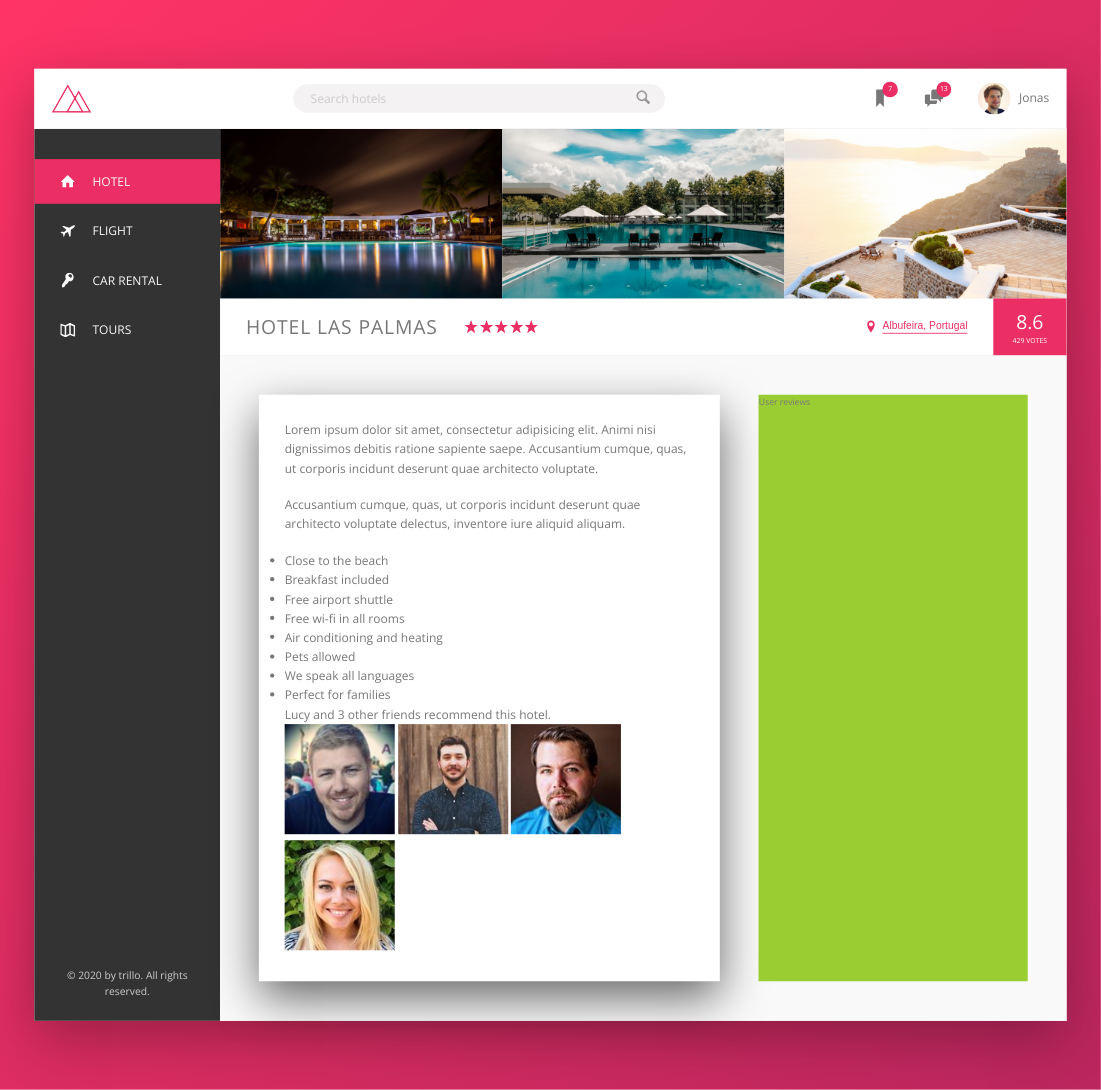
Repository: Lithium87/Trillo
Page: index.html
The author's editor kept a copy of each file at every save. The page is drawn from the files as they stood at one save, then again after the next save.
The browser window is 1280 px wide. The pictures show the whole page, at 86% of full size.
The style sheet was rebuilt from its Sass, Less or Tailwind sources for each picture, by a compiler version that may differ from the author's.

Above is the page before, as saved 2020-05-16 23:52:23.

### index.html
<!DOCTYPE html>
<html lang="en">

<head>
    <meta charset="UTF-8">
    <meta name="viewport" content="width=device-width, initial-scale=1.0">

    <link href="https://fonts.googleapis.com/css?family=Open+Sans:300,400,600" rel="stylesheet">
    <link rel="stylesheet" href="css/style.css">
    <link rel="shortcut icon" type="image/png" href="img/favicon.png">

    <title>trillo &mdash; Your all-in-one booking app</title>
</head>

<body>
    <div class="container">
        <header class="header">
            <img src="img/logo.png" alt="Trillo logo" class="logo">
            <form action="#" class="search">
                <input type="text" class="search__input" placeholder="Search hotels">
                <button class="search__button">
                    <svg class="search__icon">
                        <use xlink:href="img/sprite.svg#icon-magnifying-glass"></use>
                    </svg>
                </button>
            </form>

            <nav class="user-nav">
                <div class="user-nav__icon-box">
                    <svg class="user-nav__icon">
                        <use xlink:href="img/sprite.svg#icon-bookmark"></use>
                    </svg>
                    <span class="user-nav__notification">7</span>
                </div>
                <div class="user-nav__icon-box">
                    <svg class="user-nav__icon">
                        <use xlink:href="img/sprite.svg#icon-chat"></use>
                    </svg>
                    <span class="user-nav__notification">13</span>
                </div>
                <div class="user-nav__user">
                    <img src="img/user.jpg" alt="User photo" class="user-nav__user-photo">
                    <span class="user-nav__user-name">Jonas</span>
                </div>
            </nav>
        </header>
        <div class="content">
            <nav class="sidebar">
                <ul class="side-nav">
                    <li class="side-nav__item side-nav__item--active">
                        <a href="#" class="side-nav__link">
                            <svg class="side-nav__icon">
                                <use xlink:href="img/stripe.svg#icon-home"></use>
                            </svg>
                            <span>Hotel</span>
                        </a>
                    </li>
                    <li class="side-nav__item">
                        <a href="#" class="side-nav__link">
                            <svg class="side-nav__icon">
                                <use xlink:href="img/stripe.svg#icon-aircraft"></use>
                            </svg>
                            <span>Flight</span>
                        </a>
                    </li>
                    <li class="side-nav__item">
                        <a href="#" class="side-nav__link">
                            <svg class="side-nav__icon">
                                <use xlink:href="img/stripe.svg#icon-key"></use>
                            </svg>
                            <span>Car rental</span>
                        </a>
                    </li>
                    <li class="side-nav__item">
                        <a href="#" class="side-nav__link">
                            <svg class="side-nav__icon">
                                <use xlink:href="img/stripe.svg#icon-map"></use>
                            </svg>
                            <span>Tours</span>
                        </a>
                    </li>
                </ul>
                <div class="legal">
                    &copy; 2020 by trillo. All rights reserved.
                </div>
            </nav>
            <main class="hotel-view">
                <div class="gallery">
                    <figure class="gallery__item">
                        <img src="img/hotel-1.jpg" alt="Photo of hotel 1" class="gallery__photo">
                    </figure>
                    <figure class="gallery__item">
                        <img src="img/hotel-2.jpg" alt="Photo of hotel 2" class="gallery__photo">
                    </figure>
                    <figure class="gallery__item">
                        <img src="img/hotel-3.jpg" alt="Photo of hotel 3" class="gallery__photo">
                    </figure>
                </div>
                <div class="overview">
                    <h1 class="overview__heading">Hotel Las Palmas</h1>
                    <div class="overview__stars">
                        <svg class="overview__icon-star">
                            <use xlink:href="img/stripe.svg#icon-star"></use>
                        </svg>
                        <svg class="overview__icon-star">
                            <use xlink:href="img/stripe.svg#icon-star"></use>
                        </svg>
                        <svg class="overview__icon-star">
                            <use xlink:href="img/stripe.svg#icon-star"></use>
                        </svg>
                        <svg class="overview__icon-star">
                            <use xlink:href="img/stripe.svg#icon-star"></use>
                        </svg>
                        <svg class="overview__icon-star">
                            <use xlink:href="img/stripe.svg#icon-star"></use>
                        </svg>
                    </div>
                    <div class="overview__location">
                        <svg class="overview__icon-location">
                            <use xlink:href="img/stripe.svg#icon-location-pin"></use>
                        </svg>
                        <button class="btn-inline">Albufeira, Portugal</button>
                    </div>
                    <div class="overview__rating">
                        <div class="overview__rating-average">8.6</div>
                        <div class="overview__rating-count">429 votes</div>
                    </div>
                </div>
                <div class="detail">
                    <div class="description">
                        <p class="paragraph">
                            Lorem ipsum dolor sit amet, consectetur adipisicing elit. Animi nisi dignissimos debitis ratione sapiente saepe. Accusantium cumque, quas, ut corporis incidunt deserunt quae architecto voluptate.
                        </p>
                        <p class="paragraph">
                            Accusantium cumque, quas, ut corporis incidunt deserunt quae architecto voluptate delectus, inventore iure aliquid aliquam.
                        </p>
                        <ul class="list">
                            <li class="list__item">Close to the beach</li>
                            <li class="list__item">Breakfast included</li>
                            <li class="list__item">Free airport shuttle</li>
                            <li class="list__item">Free wi-fi in all rooms</li>
                            <li class="list__item">Air conditioning and heating</li>
                            <li class="list__item">Pets allowed</li>
                            <li class="list__item">We speak all languages</li>
                            <li class="list__item">Perfect for families</li>
                        </ul>
                        <div class="recommend">
                            <p class="recommend__count">
                                Lucy and 3 other friends recommend this hotel.
                            </p>
                            <div class="recommend__friends">
                                <img src="img/user-3.jpg" alt="Friend 1" class="recommend__photo">
                                <img src="img/user-4.jpg" alt="Friend 2" class="recommend__photo">
                                <img src="img/user-5.jpg" alt="Friend 3" class="recommend__photo">
                                <img src="img/user-6.jpg" alt="Friend 4" class="recommend__photo">
                            </div>
                        </div>
                    </div>
                    <div class="user-reviews">
                        User reviews
                    </div>
                </div>
            </main>
        </div>
    </div>
</body>

</html>

### sass/_base.scss
:root {
    --color-primary: #eb2f64;
    --color-primary-light: #FF3366;
    --color-primary-dark: #BA265D;
    --color-grey-light-1: #faf9f9;
    --color-grey-light-2: #f4f2f2;
    --color-grey-light-3: #f0eeee;
    --color-grey-light-4: #ccc;
    --color-grey-dark-1: #333;
    --color-grey-dark-2: #777;
    --color-grey-dark-3: #999;
    --shadow-dark: 0 2rem 6rem rgba(0, 0, 0, .3);
    --shadow-light: 0 2rem 5rem rgba(0, 0, 0, .6);
    --line: 1px solid var(--color-grey-light-2);
}

* {
    margin: 0;
    padding: 0;
}

*,
*::before,
*::after {
    box-sizing: inherit;
}

html {
    box-sizing: border-box;
    font-size: 62.5%; // 1rem = 10px
}

body {
    font-family: 'Open Sans', sans-serif;
    font-weight: 400;
    line-height: 1.6;
    color: var(--color-grey-dark-2);
    background-image: linear-gradient(to right bottom, var(--color-primary-light), var(--color-primary-dark));
    background-size: cover;
    background-repeat: no-repeat;
    min-height: 100vh;
}

### sass/_layout.scss
.container {
    max-width: 120rem;
    margin: 8rem auto;
    background-color: var(--color-grey-light-1);
    box-shadow: var(--shadow-dark);
    min-height: 50rem;
}

.header {
    font-size: 1.4rem;
    height: 7rem;
    background-color: #fff;
    border-bottom: var(--line);
    display: flex;
    justify-content: space-between;
    align-items: center;
}

.content {
    display: flex;
}

.sidebar {
    background-color: var(--color-grey-dark-1);
    flex: 0 0 18%;
    display: flex;
    flex-direction: column;
    justify-content: space-between;
}

.hotel-view {
    background-color: #fff;
    flex: 1;
}

.detail {
    display: flex;
    padding: 4.5rem;
    background-color: var(--color-grey-light-1);
    border-bottom: var(--line);
}

.description {
    font-size: 1.4rem;
    background-color: #fff;
    box-shadow: var(--shadow-light);
    padding: 3rem;
    flex: 0 0 60%;
    margin-right: 4.5rem;
}

.user-reviews {
    background-color: yellowgreen;
    flex: 1;
}

### sass/_components.scss
///////////////////////
//LOGO
.logo {
    height: 3.25rem;
    margin-left: 2rem;
}

///////////////////////
//SEARCH BOX
.search {
    flex: 0 0 40%;
    display: flex;
    align-items: center;
    justify-content: center;
    &__input {
        font-family: inherit;
        font-size: inherit;
        color: inherit;
        background-color: var(--color-grey-light-2);
        border: none;
        padding: .7rem 2rem;
        border-radius: 100px;
        width: 90%;
        transition: all .2s;
        margin-right: -3.5rem;
        &:focus {
            outline: none;
            width: 100%;
            background-color: var(--color-grey-light-3);
        }
        &::-webkit-input-placeholder {
            font-weight: 100;
            color: var(--color-grey-light-4);
        }
    }
    &__input:focus+&__button {
        background-color: var(--color-grey-light-3);
    }
    &__button {
        border: none;
        background-color: var(--color-grey-light-2);
        &:focus {
            outline: none;
        }
        &:active {
            transform: translateY(2px);
        }
    }
    &__icon {
        height: 2rem;
        width: 2rem;
        fill: var(--color-grey-dark-3);
    }
}

///////////////////////
//USER NAVIGATION
.user-nav {
    align-self: stretch;
    display: flex;
    align-items: center;
    &>* {
        padding: 0 2rem;
        cursor: pointer;
        height: 100%;
        display: flex;
        align-items: center;
    }
    &>*:hover {
        background-color: var(--color-grey-light-2);
    }
    &__icon-box {
        position: relative;
    }
    &__icon {
        height: 2.25rem;
        width: 2.25rem;
        fill: var(--color-grey-dark-2);
    }
    &__notification {
        font-size: .8rem;
        height: 1.75rem;
        width: 1.75rem;
        border-radius: 50%;
        background-color: var(--color-primary);
        color: #fff;
        position: absolute;
        top: 1.5rem;
        right: 1.1rem;
        display: flex;
        justify-content: center;
        align-items: center;
    }
    &__user-photo {
        height: 3.75rem;
        border-radius: 50%;
        margin-right: 1rem;
    }
}

///////////////////////
//SIDE NAVIGATION
.side-nav {
    font-size: 1.4rem;
    list-style: none;
    margin-top: 3.5rem;
    &__item {
        position: relative;
        &:not(:last-child) {
            margin-bottom: .5rem;
        }
    }
    &__item::before {
        content: "";
        position: absolute;
        top: 0;
        left: 0;
        height: 100%;
        width: 3px;
        background-color: var(--color-primary);
        transform: scaleY(0);
        transition: transform .2s, width .4s cubic-bezier(1, 0, 0, 1) .2s, background-color .1s;
    }
    &__item:hover::before,
    &__item--active::before {
        transform: scaleY(1);
        width: 100%;
    }
    &__item:active::before {
        background-color: var(--color-primary-light);
    }
    &__link:link,
    &__link:visited {
        color: var(--color-grey-light-1);
        text-decoration: none;
        text-transform: uppercase;
        display: block;
        padding: 1.5rem 3rem;
        position: relative;
        z-index: 10;
        display: flex;
        align-items: center;
    }
    &__icon {
        width: 1.75rem;
        height: 1.75rem;
        margin-right: 2rem;
        fill: currentColor;
    }
}

///////////////////////
//LEGAL TEXT
.legal {
    font-size: 1.2rem;
    color: var(--color-grey-light-4);
    text-align: center;
    padding: 2.5rem;
}

///////////////////////
//GALLERY
.gallery {
    display: flex;
    &__photo {
        width: 100%;
        display: block;
    }
}

///////////////////////
//HOTEL OVERVIEW
.overview {
    display: flex;
    align-items: center;
    border-bottom: var(--line);
    &__heading {
        font-size: 2.25rem;
        font-weight: 300;
        text-transform: uppercase;
        letter-spacing: 1px;
        padding: 1.5rem 3rem;
    }
    &__stars {
        margin-right: auto;
        display: flex;
    }
    &__icon-star,
    &__icon-location {
        width: 1.75rem;
        height: 1.75rem;
        fill: var(--color-primary);
    }
    &__location {
        font-size: 1.2rem;
        display: flex;
        align-items: center;
    }
    &__icon-location {
        margin-right: .5rem;
    }
    &__rating {
        background-color: var(--color-primary);
        color: #fff;
        margin-left: 3rem;
        padding: 0 2.25rem;
        align-self: stretch;
        display: flex;
        flex-direction: column;
        align-items: center;
        justify-content: center;
    }
    &__rating-average {
        font-size: 2.25rem;
        font-weight: 300;
        margin-bottom: -3px;
    }
    &__rating-count {
        font-size: .8rem;
        text-transform: uppercase;
    }
}

///////////////////////
//BUTTON INLINE
.btn-inline {
    border: none;
    color: var(--color-primary);
    font-size: inherit;
    border-bottom: 1px solid currentColor;
    padding-bottom: 2px;
    display: inline-block;
    background-color: transparent;
    cursor: pointer;
    transition: all .2s;
    &:hover {
        color: var(--color-grey-dark-1);
    }
    &:focus {
        outline: none;
        animation: pulsate 1s infinite;
    }
}

@keyframes pulsate {
    0% {
        transform: scale(1);
        box-shadow: none;
    }
    50% {
        transform: scale(1.05);
        box-shadow: 0 1rem 4rem rgba(0, 0, 0, .25);
    }
    100% {
        transform: scale(1);
        box-shadow: none;
    }
}

///////////////////////
//PARAGRAPH
.paragraph:not(:last-child) {
    margin-bottom: 2rem;
}

///////////////////////
//LIST
///////////////////////
//RECOMMEND

Loaded but not shown: sass/main.scss (common file)

After the next save:
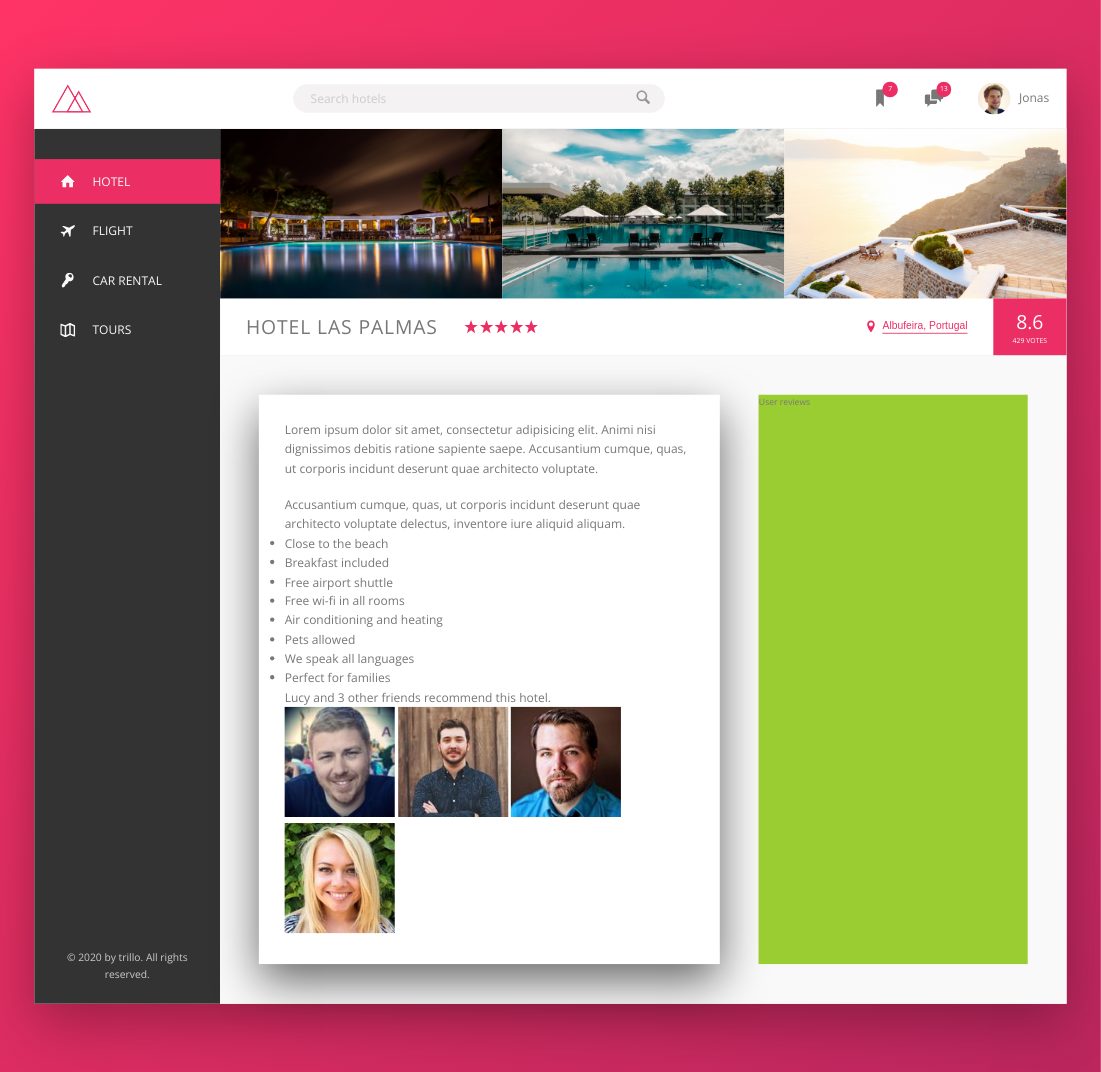
Saved 82 s later.
--- a/sass/_components.scss
+++ b/sass/_components.scss
@@ -259,7 +259,7 @@
 
 ///////////////////////
 //PARAGRAPH
-.paragraph:not(:last-child) {
+.paragraph:not(:last-of-type) {
     margin-bottom: 2rem;
 }
 
